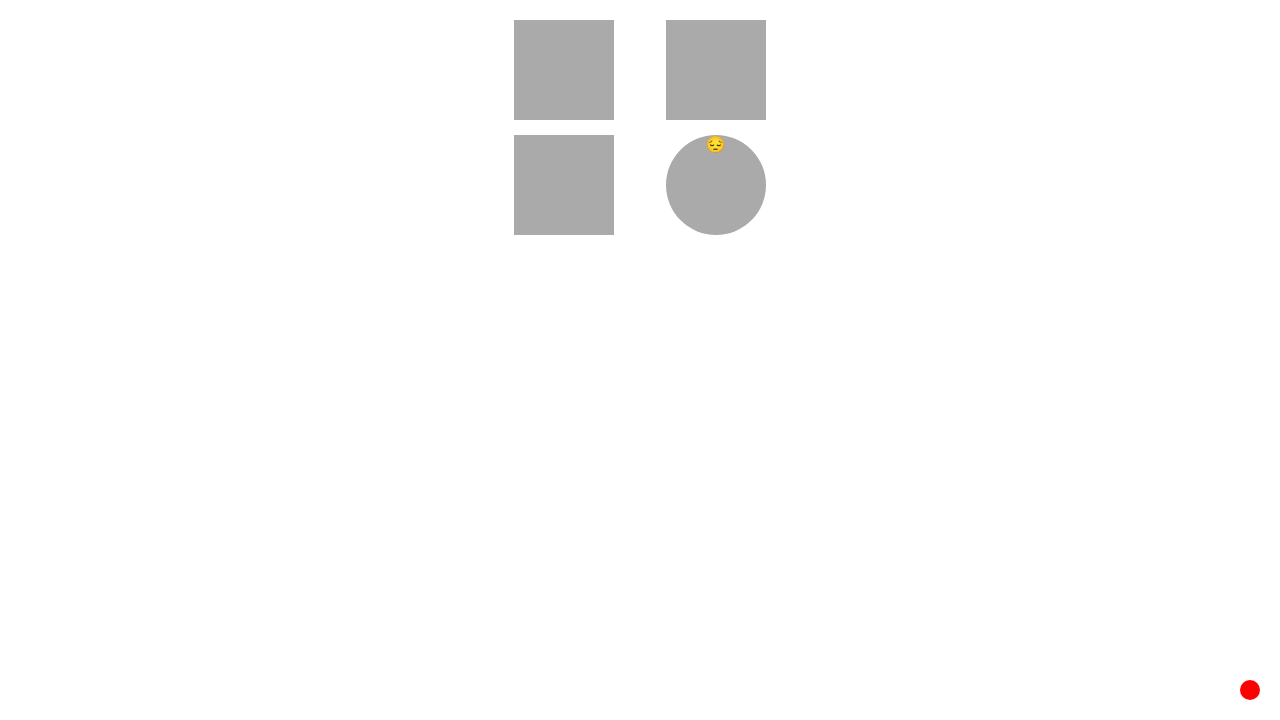
Repository: liuguangqing/tab-scroll-
Page: index14.html
An editor plug-in stored every save of this project. The page is shown before and after the next save, followed by the edit.
The browser window is 1280 px wide. The pictures show the whole page.
The style sheet was rebuilt from its Sass, Less or Tailwind sources for each picture, by a compiler version that may differ from the author's.

Above is the page before, as saved 2018-07-04 14:54:25.

After the next save:
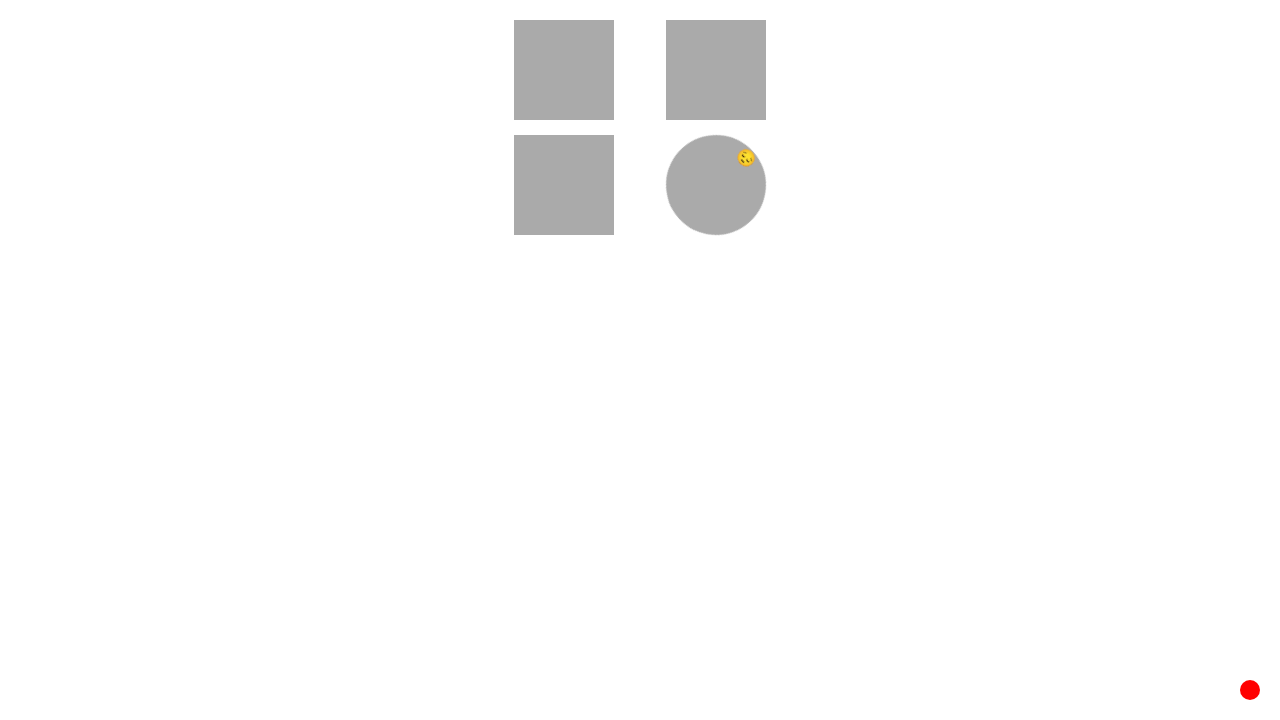
Saved 23 s later.
--- a/index14.html
+++ b/index14.html
@@ -116,7 +116,7 @@
                                 left: '52%'
                             }, 800, function () {
                                 console.log(11)
-                                $('.chilbox4').css({'transform':'rotate(360deg)'})
+                                $('.chilbox4').addClass('rotateplus')
                             })
                         })
                     })
